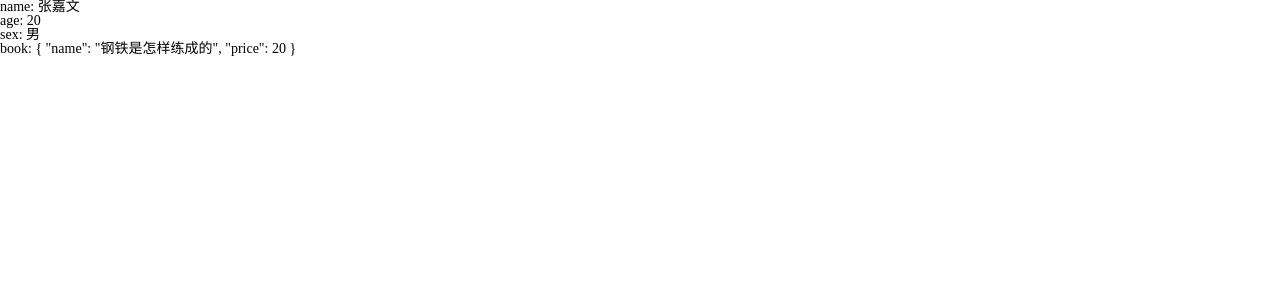
Repository: 596178924/vue3-ts-app
Page: /
An editor plug-in stored every save of this project. The page is shown before and after the next save, followed by the edit.
The browser window is 1280 px wide. The pictures show the whole page.
The project was rebuilt for these pictures with package versions that can differ from the ones it lists, and the page was loaded fresh each time. Also part of the build but not shown: vite.config.ts.

Above is the page before, as saved 2022-11-09 15:55:48.

After the next save:
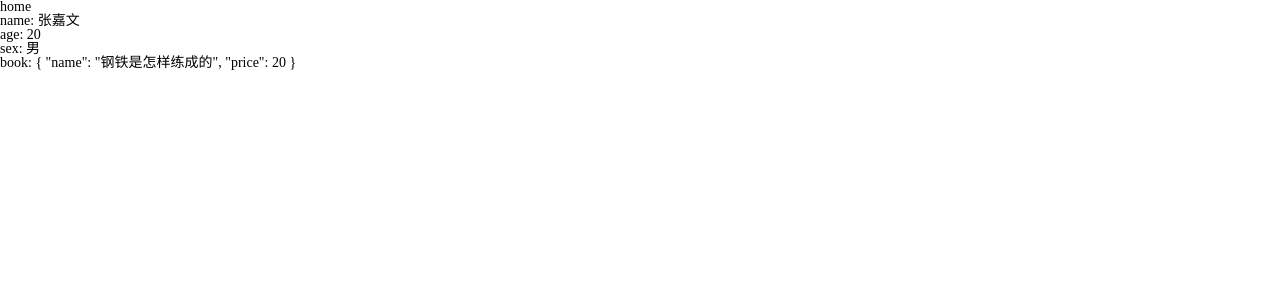
Saved 8 s later.
--- a/src/views/home/index.vue
+++ b/src/views/home/index.vue
@@ -1,6 +1,7 @@
 
 <template>
 	<div>
+        home
 		<p>name: {{ name }}</p>
 		<p>age: {{ age }}</p>
 		<p>sex: {{ sex }}</p>
